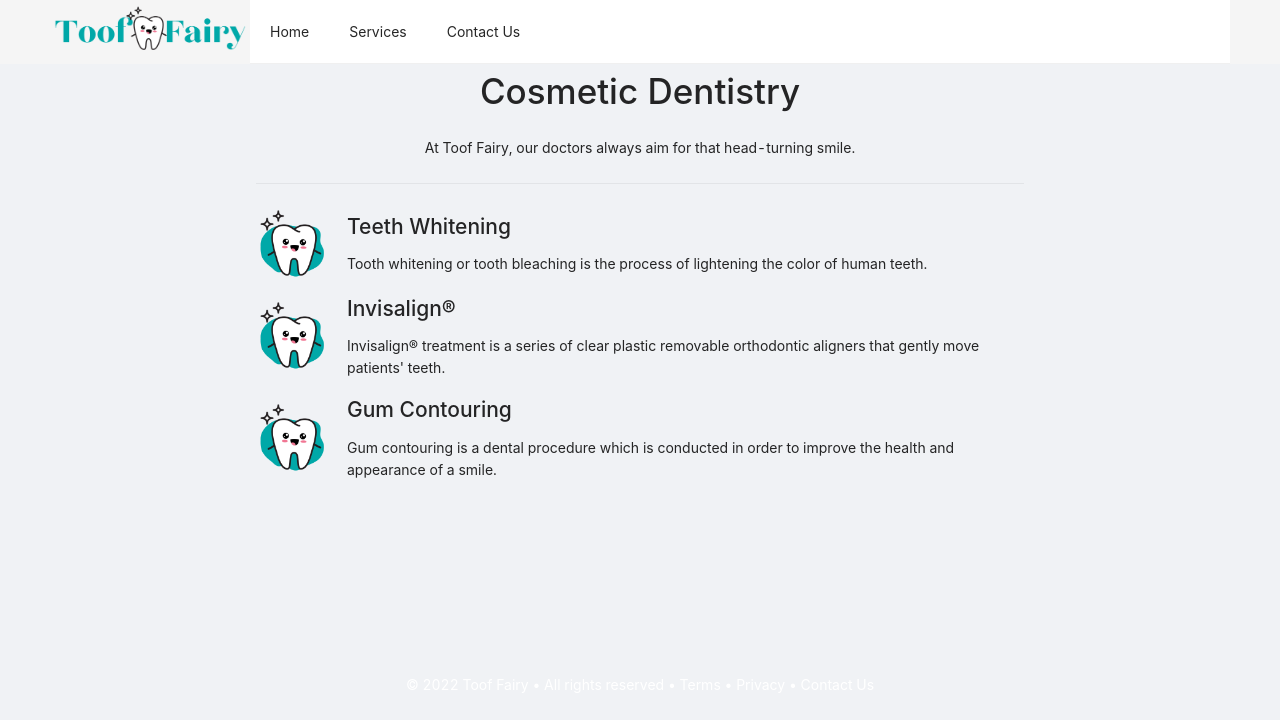
Repository: neldad1/dentist-app
Page: /cosmetic
These files come from the project's save history. The page is drawn as it stood at one moment and after the next save; the edit follows.
The browser window is 1280 px wide. The pictures show the whole page.
The project was rebuilt for these pictures with package versions that can differ from the ones it lists, and the page was loaded fresh each time. Also part of the build but not shown: src/components/Home.jsx, src/components/Contact.jsx, src/components/Services/Restorative.jsx, src/components/Services/Preventative.jsx.

Above is the page before, as saved 2022-03-10 12:59:32.

### public/index.html
<!DOCTYPE html>
<html lang="en">
  <head>
    <meta charset="utf-8" />
    <link rel="icon" href="%PUBLIC_URL%/favicon.svg" type="image/svg+xml">
    <meta name="viewport" content="width=device-width, initial-scale=1" />
    <meta name="theme-color" content="#000000" />
    <meta
      name="description"
      content="Web site created using create-react-app"
    />
    <link rel="apple-touch-icon" href="%PUBLIC_URL%/logo192.png" />
    <!--
      manifest.json provides metadata used when your web app is installed on a
      user's mobile device or desktop. See https://developers.google.com/web/fundamentals/web-app-manifest/
    -->
    <link rel="manifest" href="%PUBLIC_URL%/manifest.json" />
    <!--
      Notice the use of %PUBLIC_URL% in the tags above.
      It will be replaced with the URL of the `public` folder during the build.
      Only files inside the `public` folder can be referenced from the HTML.

      Unlike "/favicon.ico" or "favicon.ico", "%PUBLIC_URL%/favicon.ico" will
      work correctly both with client-side routing and a non-root public URL.
      Learn how to configure a non-root public URL by running `npm run build`.
    -->
    <title>React App</title>
  </head>
  <body>
    <noscript>You need to enable JavaScript to run this app.</noscript>
    <div id="root"></div>
    <!--
      This HTML file is a template.
      If you open it directly in the browser, you will see an empty page.

      You can add webfonts, meta tags, or analytics to this file.
      The build step will place the bundled scripts into the <body> tag.

      To begin the development, run `npm start` or `yarn start`.
      To create a production bundle, use `npm run build` or `yarn build`.
    -->
  </body>
</html>

### src/index.js
import React from 'react';
import ReactDOM from 'react-dom';
import './index.css';
import App from './App';
import reportWebVitals from './reportWebVitals';

ReactDOM.render(
  //<React.StrictMode>
  <App />,
  //</React.StrictMode>,
  document.getElementById('root')
);

// If you want to start measuring performance in your app, pass a function
// to log results (for example: reportWebVitals(console.log))
// or send to an analytics endpoint. Learn more: https://bit.ly/CRA-vitals
reportWebVitals();

### src/App.js
import { BrowserRouter } from 'react-router-dom';

import 'antd/dist/antd.min.css';
import './App.css';
import Navigation from './components/Router/Navigation';
import AppRoutes from './components/Router/AppRoutes';
import { Layout } from 'antd';
import HeaderLogo from './components/HeaderLogo';
const { Header, Footer, Content } = Layout;

function App() {
  return (
    <BrowserRouter>
      <Layout className="layout">
        <Header className="navigation">
          <HeaderLogo />
          <Navigation />
        </Header>
        <Content>
          <AppRoutes />
        </Content>
        <Footer className="footer">
          © 2022 Toof Fairy • All rights reserved • Terms • Privacy • Contact Us
        </Footer>
      </Layout>
    </BrowserRouter>
  );
}

export default App;

### src/App.css

h1 {
  font-size: 2.5em;
}

.layout {
  height: 100vh;
  width: 100vw;
  text-align: center;
}

.navigation {
  background: whitesmoke;
}

.logo {
  width: 200px;
  height: 50px;
  float: left;
  margin-top: 4px;
}

.footer {
  color: white;
}

.intro-wrapper {
  text-align: center;
}

.home {
  width: 100%;
  height: 100%;
  display: flex;
  justify-content: center;
  align-items: center;
  background-image: url('/public/tfBackground.jpg');
  background-size: cover;
  background-repeat: no-repeat;
}

.content-wrapper {
  width: 50%;
  font-family: 'Segoe UI', sans-serif;
  margin-left: 10em;
  color: whitesmoke;
  display: block;
}
.tagline1 {
  font-weight: bolder;
  font-size: 2em;
  margin: 0;
  line-height: 1;
}

.contact-form {
  text-align: left;
}

.main-content {
  height: 100%;
  width: 60%;
  overflow-y: scroll;
  display: block;
  margin: 0 auto;
}

.service-info {
  display: flex;
  text-align: left;
  margin-bottom: 1em;
  align-items: center;
}

.service-definition {
  margin-left: 1.5em;
}

@media screen and (max-width: 768px) {
  .main-content {
    width: 100%;
    margin: 0.5em;
  }
}

### src/components/Router/Navigation.jsx
import { Link } from 'react-router-dom';
import { Menu } from 'antd';
const { SubMenu } = Menu;

const Navigation = () => {
  return (
    <Menu mode="horizontal">
      <Menu.Item key="home">
        <span>Home</span>
        <Link to="/" />
      </Menu.Item>
      <SubMenu key="subMenu" title="Services">
        <Menu.Item key="cosmetic">
          <span>Cosmetic</span>
          <Link to="/cosmetic" />
        </Menu.Item>
        <Menu.Item key="restore">
          <span>Restorative</span>
          <Link to="/restorative" />
        </Menu.Item>
        <Menu.Item key="prevent">
          <span>Preventative</span>
          <Link to="/preventative" />
        </Menu.Item>
      </SubMenu>
      <Menu.Item key="contact">
        <span>Contact Us</span>
        <Link to="/contact" />
      </Menu.Item>
    </Menu>
  );
};

export default Navigation;

### src/components/Router/AppRoutes.jsx
import { Route, Routes } from 'react-router-dom';
import Home from '../Home';
import Contact from '../Contact';
import Cosmetic from '../Services/Cosmetic';
import Restorative from '../Services/Restorative';
import Preventative from '../Services/Preventative';

const AppRoutes = () => {
  return (
    <Routes>
      <Route exact path="/" element={<Home />} />
      <Route path="/cosmetic" element={<Cosmetic />} />
      <Route path="/restorative" element={<Restorative />} />
      <Route path="/preventative" element={<Preventative />} />
      <Route path="/contact" element={<Contact />} />
    </Routes>
  );
};

export default AppRoutes;

### src/components/HeaderLogo.jsx
import { Link } from 'react-router-dom';

const HeaderLogo = () => {
  return (
    <Link to="/">
      <img className="logo" src={require('../tfLogo.png')} alt="TF" />
    </Link>
  );
};

export default HeaderLogo;

### src/components/Services/Cosmetic.jsx
import { Divider } from 'antd';
import ToofImg from './ToofImg';

const Cosmetic = () => {
  return (
    <div className="main-content">
      <div>
        <h1>Cosmetic Dentistry</h1>
        <p>
          At Toof Fairy, our doctors always aim for that head-turning smile.
        </p>
      </div>
      <Divider />
      <div className="service-info">
        <ToofImg />
        <div className="service-definition">
          <h2>Teeth Whitening</h2>
          <span>
            Tooth whitening or tooth bleaching is the process of lightening the
            color of human teeth.
          </span>
        </div>
      </div>
      <div className="service-info">
        <ToofImg />
        <div className="service-definition">
          <h2>Invisalign®</h2>
          <span>
            Invisalign® treatment is a series of clear plastic removable
            orthodontic aligners that gently move patients' teeth.{' '}
          </span>
        </div>
      </div>
      <div className="service-info">
        <ToofImg />
        <div className="service-definition">
          <h2>Gum Contouring</h2>
          <span>
            Gum contouring is a dental procedure which is conducted in order to
            improve the health and appearance of a smile.{' '}
          </span>
        </div>
      </div>
    </div>
  );
};

export default Cosmetic;

### src/components/Services/ToofImg.jsx
import { Image } from 'antd';

const ToofImg = () => {
  return (
    <div>
      <Image
        width={70}
        preview={false}
        src={require('../../toof.png')}
        alt="toof"
      />
    </div>
  );
};

export default ToofImg;

Loaded but not shown: src/index.css (common file); src/reportWebVitals.js (common file)

After the next save:
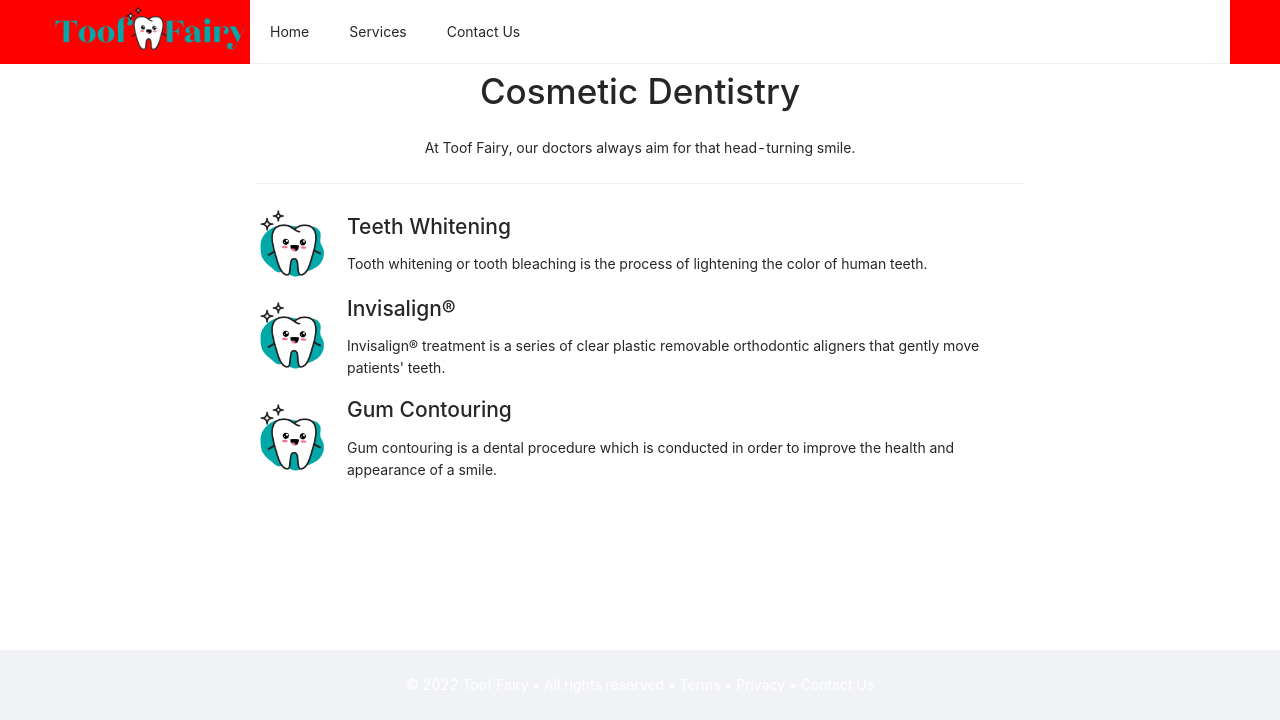
Saved 40 s later.
--- a/src/App.css
+++ b/src/App.css
@@ -7,10 +7,11 @@ h1 {
   height: 100vh;
   width: 100vw;
   text-align: center;
+  background: #fff;
 }
 
 .navigation {
-  background: whitesmoke;
+  background: red;
 }
 
 .logo {
